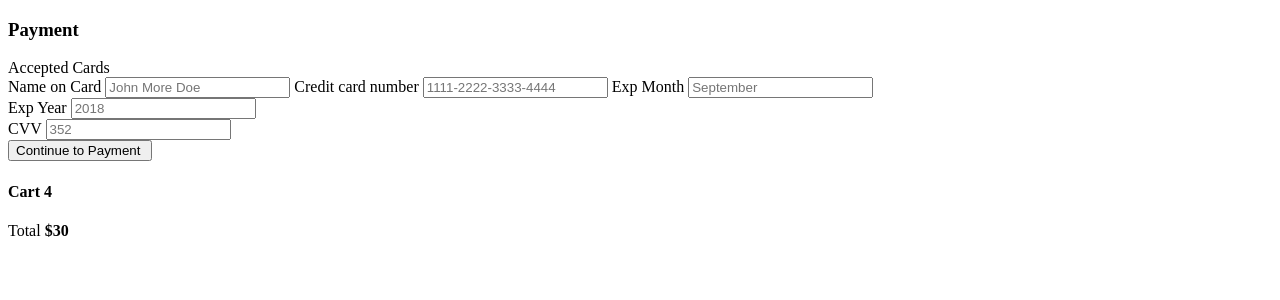
Repository: Shivani2392/FlyAwayProject
Page: http://localhost/FlightBookingPortal/Payement.jsp
The author's editor kept a copy of each file at every save. The page is drawn from the files as they stood at one save, then again after the next save.
The browser window is 1280 px wide. The pictures show the whole page.
The page is served by Tomcat 9.

Above is the page before, as saved 2020-11-21 14:47:43.

After the next save:
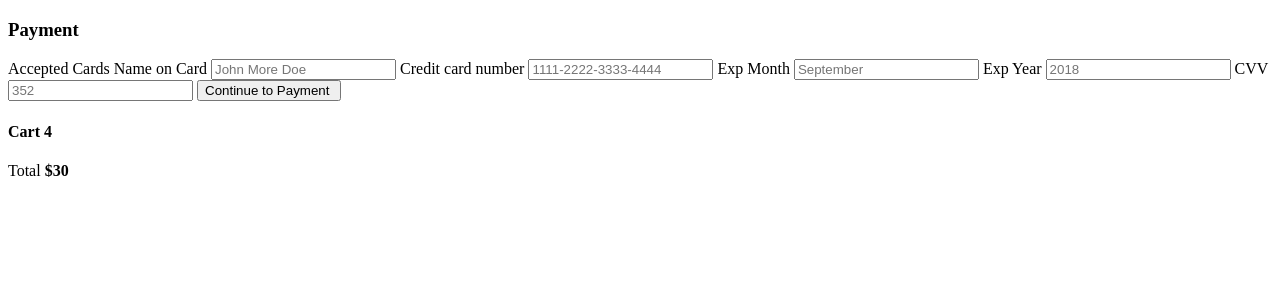
Saved 4 min 10 s later.
--- a/FlightBookingPortal/src/main/webapp/Payement.jsp
+++ b/FlightBookingPortal/src/main/webapp/Payement.jsp
@@ -12,12 +12,8 @@
           <form action="PaymentService" method="post">
             <h3>Payment</h3>
             <label for="fname">Accepted Cards</label>
-            <div class="icon-container">
-              <i class="fa fa-cc-visa" style="color:navy;"></i>
-              <i class="fa fa-cc-amex" style="color:blue;"></i>
-              <i class="fa fa-cc-mastercard" style="color:red;"></i>
-              <i class="fa fa-cc-discover" style="color:orange;"></i>
-            </div>
+
+
 
             <label for="cname">Name on Card</label>
             <input type="text" id="cname" name="cardname" placeholder="John More Doe">
@@ -26,19 +22,19 @@
             <label for="expmonth">Exp Month</label>
             <input type="text" id="expmonth" name="expmonth" placeholder="September">
 
-            <div class="row">
 
-              <div class="col-50">
+
+
                 <label for="expyear">Exp Year</label>
                 <input type="text" id="expyear" name="expyear" placeholder="2018">
-              </div>
 
-              <div class="col-50">
+
+
                 <label for="cvv">CVV</label>
                 <input type="text" id="cvv" name="cvv" placeholder="352">
-              </div>
 
-            </div>
+
+
 
         <input type="submit" value="Continue to Payment " class="btn">
       </form>
